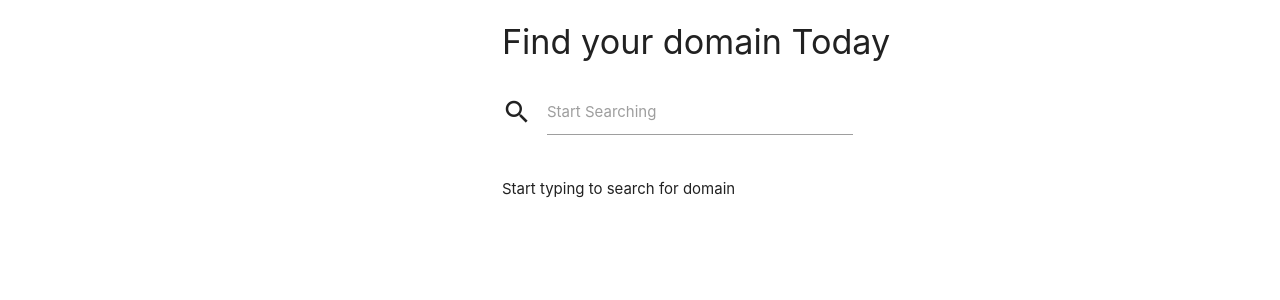
Repository: habib-urrehmaan/domain-name-searcher
Page: / (app in client/)
The author's editor kept a copy of each file at every save. The page is drawn from the files as they stood at one save, then again after the next save.
The browser window is 1280 px wide. The pictures show the whole page.
The project was rebuilt for these pictures with package versions that can differ from the ones it lists, and the page was loaded fresh each time.

Above is the page before, as saved 2020-04-17 18:14:03.

### client/public/index.html
<!DOCTYPE html>
<html lang="en">
  <head>
    <meta charset="utf-8" />
    <link rel="icon" href="%PUBLIC_URL%/favicon.ico" />
    <meta name="viewport" content="width=device-width, initial-scale=1" />
    <meta name="theme-color" content="#000000" />
    <meta
      name="description"
      content="Web site created using create-react-app"
    />
    <link rel="apple-touch-icon" href="%PUBLIC_URL%/logo192.png" />
    <!--
      manifest.json provides metadata used when your web app is installed on a
      user's mobile device or desktop. See https://developers.google.com/web/fundamentals/web-app-manifest/
    -->
    <link rel="manifest" href="%PUBLIC_URL%/manifest.json" />
    <!--
      Notice the use of %PUBLIC_URL% in the tags above.
      It will be replaced with the URL of the `public` folder during the build.
      Only files inside the `public` folder can be referenced from the HTML.

      Unlike "/favicon.ico" or "favicon.ico", "%PUBLIC_URL%/favicon.ico" will
      work correctly both with client-side routing and a non-root public URL.
      Learn how to configure a non-root public URL by running `npm run build`.
    -->
    <link rel="stylesheet" href="https://cdnjs.cloudflare.com/ajax/libs/materialize/1.0.0/css/materialize.min.css">
    <link href="https://fonts.googleapis.com/icon?family=Material+Icons" rel="stylesheet">
     <!-- Compiled and minified JavaScript -->
     <script src="https://cdnjs.cloudflare.com/ajax/libs/materialize/1.0.0/js/materialize.min.js"></script>
    <title>React App</title>
  </head>
  <body>
    <noscript>You need to enable JavaScript to run this app.</noscript>
    <div id="root"></div>
    <!--
      This HTML file is a template.
      If you open it directly in the browser, you will see an empty page.

      You can add webfonts, meta tags, or analytics to this file.
      The build step will place the bundled scripts into the <body> tag.

      To begin the development, run `npm start` or `yarn start`.
      To create a production bundle, use `npm run build` or `yarn build`.
    -->
  </body>
</html>

### client/src/index.js
import React from 'react';
import ReactDOM from 'react-dom';
import './index.css';
import App from './App';

ReactDOM.render(
  <React.StrictMode>
    <App />
  </React.StrictMode>,
  document.getElementById('root')
);

// If you want your app to work offline and load faster, you can change
// unregister() to register() below. Note this comes with some pitfalls.
// Learn more about service workers: https://bit.ly/CRA-PWA
// serviceWorker.unregister();

### client/src/App.js
import React from 'react';
import Search from './Search';
import Output from './Output';

class App extends React.Component {

  constructor(props)
  {
    super(props);
    this.state ={
      output:null
    }
  }


  setAppOutput = (outputData) =>
  {
    console.log("setting output value")

    this.setState({
      output:outputData
    })
  }

  render()
  {
    return (
      <>
      <div className="App container">
        <Search setOutput={this.setAppOutput}/>
        <Output data={this.state.output}/>
      </div>
      </>
    );
  }
}

export default App;

### client/src/Search.js
import React, { Component } from 'react'
import axios from 'axios'

class Search extends Component {

    constructor(props)
    {
        super(props);
        console.log(props)
    }

    onChangeHandler = (e) =>
    {
        axios({
            'method': 'GET',
            'url': `http://localhost:5000/domain/search?domain=${e.target.value}`,
            'ContentType':'application/json'
        }).then((response)=>{

            var obj = JSON.parse(response.data.data);
            this.props.setOutput(obj);
        }).catch(error=>{
            console.log(error);
        });
    }

    render() {
        return (
            <div>
                <div className="row">
                    <div className="col offset-s4">
                        <h4>Find your domain Today</h4>
                    </div>
                    <div className="input-field col s5 offset-s4">
                        <i className="material-icons prefix">search</i>
                        <input id="search" type="text" className="validate" onChange={this.onChangeHandler}/>
                        <label htmlFor="search">Start Searching</label>
                    </div>
                </div>
            </div>
        )
    }
}

export default Search;

### client/src/Output.js
import React from 'react'

export default function Output(props) {

    let {data} = props;
    console.log("output data",data);
    return (
        <div className="row">
        {(data)?(<div className="col offset-s4">{(data.available)?(<div><span>Congratulations! This domain is available</span><br/>
            <span><b>Price:</b>{data.price}{data.currency}</span></div>):(data.code)?(<div>{data.message}</div>):(<span>Sorry this domain is not Available</span>)}</div>)
            :(<div className="col offset-s4">Start typing to search for domain</div>)}


        </div>
    )
}

Loaded but not shown: client/src/index.css (common file)

After the next save:
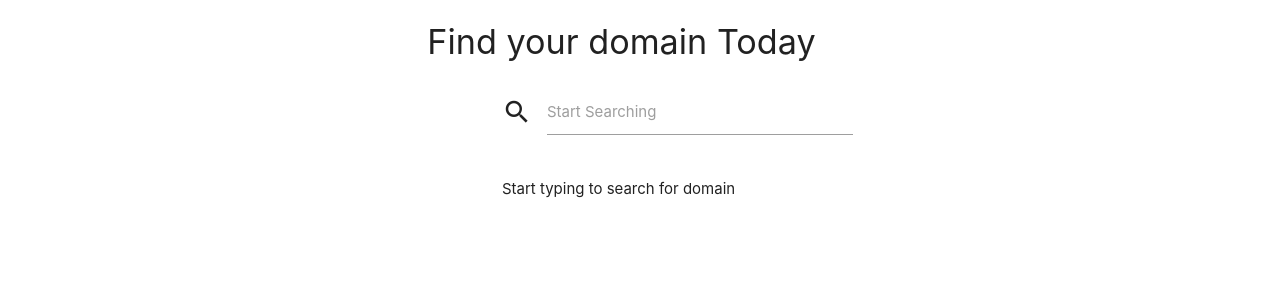
Saved 14 s later.
--- a/client/src/Search.js
+++ b/client/src/Search.js
@@ -28,7 +28,7 @@ class Search extends Component {
         return (
             <div>
                 <div className="row">
-                    <div className="col offset-s4">
+                    <div className="col offset-s3">
                         <h4>Find your domain Today</h4>
                     </div>
                     <div className="input-field col s5 offset-s4">
